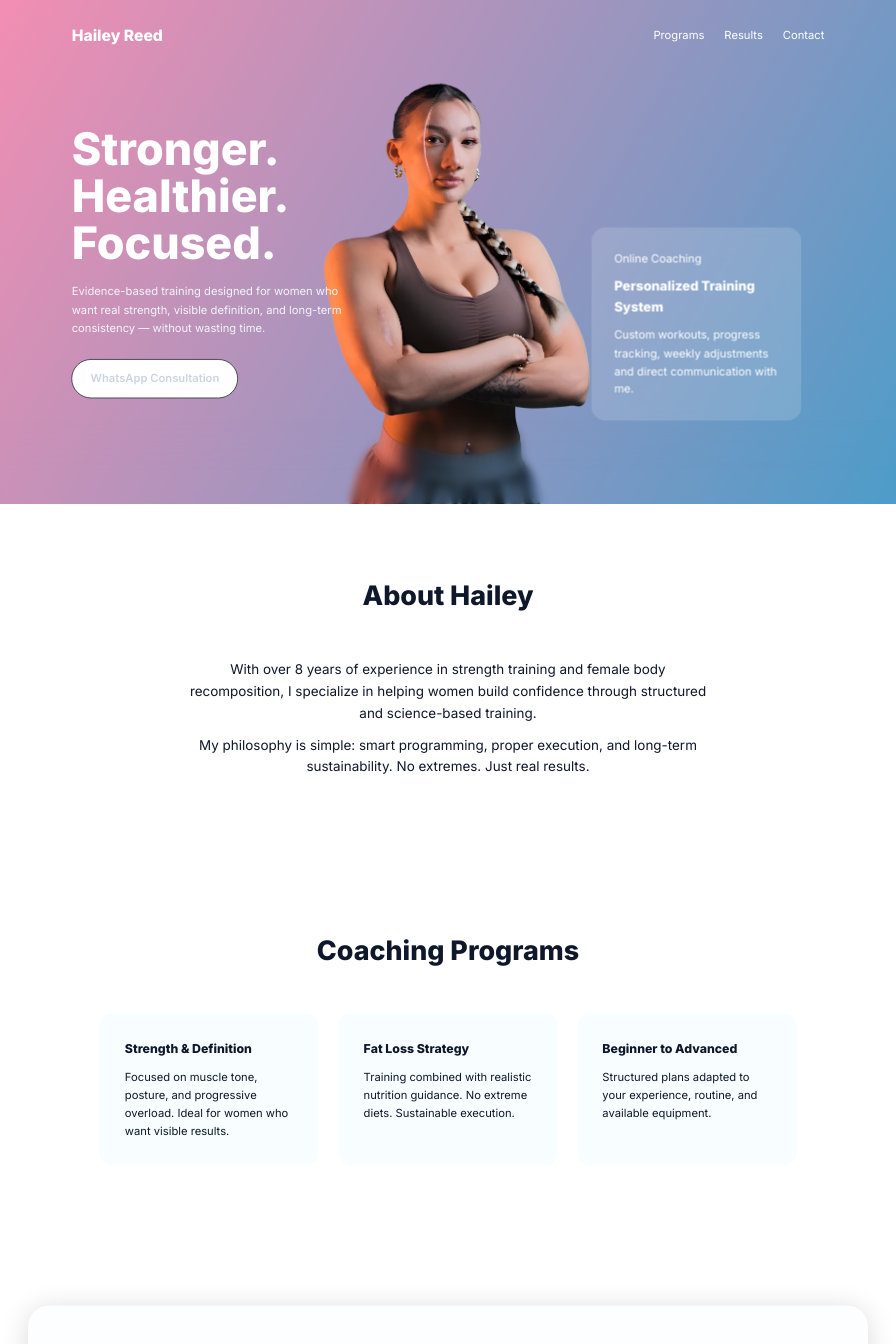
Repository: davidfsillva/Hailey-Reed-Coaching
Page: index.html
These files come from the project's save history. The page is drawn as it stood at one moment and after a run of saves; the edit follows.
The browser window is 1280 px wide. The pictures show the part of the page from y = 0 to 1920 px (the page is 5225 px tall), at 70% of full size.

Above is the page before, as saved 2026-02-12 09:31:00.

### index.html
<!DOCTYPE html>
<html lang="en">
<head>
  <meta charset="UTF-8" />
  <meta name="viewport" content="width=device-width, initial-scale=1.0" />
  <title>Personal Trainer | Online Coaching</title>
  <link rel="stylesheet" href="style.css" />
  <link rel="preconnect" href="https://fonts.googleapis.com">
  <link rel="preconnect" href="https://fonts.gstatic.com" crossorigin>
  <link href="https://fonts.googleapis.com/css2?family=Inter:wght@400;600;800&display=swap" rel="stylesheet">
</head>
<body>

<header class="hero">
  <nav class="nav">
    <h1 class="logo">Hailey Reed</h1>
    <div class="nav-links">
      <a href="#programs">Programs</a>
      <a href="#results">Results</a>
      <a href="#contact">Contact</a>
    </div>
  </nav>

  <img class="hero-img" src="img/Photoroom_20260211_45117 PM.png" alt="Trainer" />

  <div class="hero-gradient"></div>

  <div class="hero-content">
    <div class="hero-text">
<h2 class="hero-title">
  Stronger. Healthier. Focused.
</h2>

      <p>
        Evidence-based training designed for women who <br>
        want real strength, visible definition, and long-term <br>
        consistency — without wasting time.
      </p>
      <div class="cta-group">
        <a href="https://wa.me/5599999999999" target="_blank" class="btn primary">
          WhatsApp Consultation
        </a>
      </div>
    </div>

    <div class="hero-card">
      <span class="tag">Online Coaching</span>
      <h3>Personalized Training System</h3>
      <p>
        Custom workouts, progress tracking, weekly adjustments
        and direct communication with me.
      </p>
    </div>
  </div>
</header>

<!-- ABOUT SECTION -->
<section class="section">
  <h3>About Hailey</h3>
  <div class="testimonial">
    <p>
      With over 8 years of experience in strength training and female body
      recomposition, I specialize in helping women build confidence through
      structured and science-based training.
    </p>
    <p>
      My philosophy is simple: smart programming, proper execution,
      and long-term sustainability. No extremes. Just real results.
    </p>
  </div>
</section>

<section id="programs" class="section">
  <h3>Coaching Programs</h3>

  <div class="cards">
    <div class="card">
      <h4>Strength & Definition</h4>
      <p>
        Focused on muscle tone, posture, and progressive overload.
        Ideal for women who want visible results.
      </p>
    </div>

    <div class="card">
      <h4>Fat Loss Strategy</h4>
      <p>
        Training combined with realistic nutrition guidance.
        No extreme diets. Sustainable execution.
      </p>
    </div>

    <div class="card">
      <h4>Beginner to Advanced</h4>
      <p>
        Structured plans adapted to your experience, routine,
        and available equipment.
      </p>
    </div>
  </div>
</section>

<!-- HOW IT WORKS -->
<section class="section dark">
  <h3>How It Works</h3>

  <div class="cards">
    <div class="card">
      <h4>1. Initial Consultation</h4>
      <p>
        We discuss your goals, routine, training history,
        and current physical condition.
      </p>
    </div>

    <div class="card">
      <h4>2. Custom Plan Creation</h4>
      <p>
        A personalized workout structure is designed
        specifically for your body and objectives.
      </p>
    </div>

    <div class="card">
      <h4>3. Weekly Adjustments</h4>
      <p>
        Progress tracking and adjustments ensure continuous
        improvement and optimal results.
      </p>
    </div>
  </div>
</section>

<section id="results" class="section dark">
  <h3>Client Feedback</h3>

  <div class="testimonial">
    <p>
      “This coaching completely changed how I train.
      Every session has a clear purpose and I finally feel strong.”
    </p>
    <span>— Samantha M.</span>
  </div>
</section>

<!-- TRANSFORMATION PROCESS -->
<section class="section">
  <h3>The Transformation Process</h3>

  <div class="testimonial">
    <p>
      Sustainable transformation is not about intensity —
      it's about consistency.
    </p>
    <p>
      Through progressive overload, intelligent recovery,
      and realistic nutrition, we create measurable and lasting results.
    </p>
  </div>
</section>

<!-- FAQ -->
<section class="section">
  <h3>Frequently Asked Questions</h3>

  <div class="cards">
    <div class="card">
      <h4>Do I need gym access?</h4>
      <p>
        Not necessarily. Programs can be adapted for home training
        with minimal equipment.
      </p>
    </div>

    <div class="card">
      <h4>Is nutrition included?</h4>
      <p>
        Yes. You receive structured guidance focused on sustainable habits,
        not restrictive diets.
      </p>
    </div>

    <div class="card">
      <h4>How long until I see results?</h4>
      <p>
        Most clients notice strength improvements within weeks
        and visible body changes within 8–12 weeks.
      </p>
    </div>
  </div>
</section>

<section id="contact" class="section">
  <h3>Start Your Training</h3>
  <p class="contact-text">
    If you’re serious about improving your body composition
    and performance, let’s talk.
  </p>

  <div class="cta-group center">
    <a href="https://wa.me/5599999999999" target="_blank" class="btn primary">
      Message on WhatsApp
    </a>
    <a href="https://instagram.com/seuinstagram" target="_blank" class="btn secondary">
      Visit Instagram
    </a>
  </div>
</section>

<!-- FINAL CTA SECTION -->
<section class="section dark">
  <div class="testimonial">
    <h3>Ready to Transform?</h3>
    <p>
      Your strongest, healthiest version starts with a decision.
      Let’s build it together.
    </p>
    <div class="cta-group center">
      <a href="https://wa.me/5599999999999" target="_blank" class="btn primary">
        Apply for Coaching
      </a>
    </div>
  </div>
</section>

<footer class="footer">
  <p>© 2026 Hailey Reed Coaching. All rights reserved.</p>
</footer>

<script src="script.js"></script>
</body>
</html>

### style.css
:root {
  --pink: #f07aa5;
  --blue: #2e8bc0;
  --dark: #0f172a;
  --light: #ffffff;
  --muted: #cbd5e1;
}

/* ================= RESET ================= */
* {
  margin: 0;
  padding: 0;
  box-sizing: border-box;
  font-family: 'Inter', sans-serif;
}

body {
  background: var(--light);
  color: var(--dark);
  line-height: 1.6;
}

/* ================= HERO ================= */
.hero {
  position: relative;
  min-height: 100vh;
  padding: 32px 8%;
  color: white;
  overflow: hidden;
}

/* IMAGEM */
.hero-img {
  position: absolute;
  top: 50%;
  left: 50%;
  transform: translate(-50%, -50%);
  width: 60%;
  max-width: 500px;
  height: auto;
  z-index: 2;
}

/* GRADIENTE */
.hero-gradient {
  position: absolute;
  inset: 0;
  background: linear-gradient(
    120deg,
    rgba(240,122,165,0.85),
    rgba(46,139,192,0.85)
  );
  z-index: 1;
}

/* CONTEÚDO */
.hero-content {
  position: relative;
  z-index: 5;
}

/* TEXTO */
.hero-text {
  display: flex;
  flex-direction: column;
  justify-content: center;
  height: 85vh;
  max-width: 550px;
}

.hero-title {
  font-size: clamp(2.8rem, 5vw, 4.5rem);
  line-height: 1.05;
  margin-bottom: 24px;
}

.hero-text p {
  max-width: 480px;
  font-size: 1rem;
  color: #f1f5f9;
}

/* BLUR INFERIOR */
.hero::after {
  content: "";
  position: absolute;
  bottom: 0;
  left: 0;
  width: 100%;
  height: 120px;
  backdrop-filter: blur(6px);
  -webkit-backdrop-filter: blur(6px);
  mask-image: linear-gradient(to top, black 40%, transparent 100%);
  pointer-events: none;
  z-index: 3;
}

/* ================= BOTÕES ================= */
.cta-group {
  display: flex;
  gap: 16px;
  margin-top: 32px;
  flex-wrap: wrap;
}

.btn {
  padding: 14px 26px;
  border-radius: 999px;
  font-weight: 600;
  text-decoration: none;
  transition: 0.3s ease;
  display: inline-block;
}

.btn.primary {
  background: var(--light);
  color: var(--muted);
  border: 1px solid var(--dark);
  background-size: 200% 200%;
  transition: all 0.4s ease;
}

.btn.primary:hover {
  background: linear-gradient(120deg, var(--pink), var(--blue));  color: white;

  background-position: right center;
  transform: translateY(-4px);
  box-shadow: 0 10px 25px rgba(240,122,165,0.3);
}

.btn.secondary {
  background: transparent;
  color: var(--dark);
  border: 1px solid var(--dark);
  transition: all 0.3s ease;
}

.btn.secondary:hover {
  background: linear-gradient(120deg, var(--pink), var(--blue));  color: white;
  transform: translateY(-3px);
}


/* ================= HERO CARD ================= */
.hero-card {
  position: absolute;
  top: 42%;
  right: 8%;
  width: 300px;
  background: rgba(255,255,255,0.15);
  backdrop-filter: blur(18px);
  padding: 32px;
  border-radius: 20px;
  z-index: 4;
}

.hero-card {
  position: absolute;
  top: 42%;
  right: 3%;
  width: 300px;
}



.hero-card h3 {
  margin: 12px 0;
}

/* ================= NAVBAR ================= */
.nav {
  position: relative;
  z-index: 10;
  display: flex;
  justify-content: space-between;
  align-items: center;
}

.logo {
  font-weight: 800;
  font-size: 1.4rem;
}

.nav-links a {
  position: relative;
  color: white;
  margin-left: 24px;
  text-decoration: none;
  font-weight: 500;
  padding-bottom: 4px;
}

.nav-links a::after {
  content: "";
  position: absolute;
  left: 0;
  bottom: 0;
  width: 0%;
  height: 2px;
  background: white;
  transition: width 0.3s ease;
}

.nav-links a:hover::after {
  width: 100%;
}

/* ================= SECTIONS ================= */
.section {
  padding: 100px 8%;
  max-width: 1200px;
  margin: auto;
}

.section h3 {
  font-size: 2.4rem;
  margin-bottom: 60px;
  text-align: center;
}

.cards {
  display: grid;
  grid-template-columns: repeat(auto-fit, minmax(260px, 1fr));
  gap: 28px;
}

.card {
  background: rgb(248, 253, 255);
  padding: 36px;
  border-radius: 18px;
  transition: 0.3s ease;
}

.card:hover {
  transform: translateY(-6px);
}

.card h4 {
  margin-bottom: 14px;
  font-size: 1.1rem;
}

/* ================= DARK SECTIONS ================= */
.dark {
  background: rgb(252, 254, 255);
  border-radius: 30px;
  color: var(--dark);
  margin: 100px auto;
  padding: 100px 8%;
  box-shadow: 0 5px 40px rgba(0,0,0,0.15);
}


.dark .card {
  background: rgba(255,255,255,0.06);
  color: var(--dark);
  box-shadow: 0 20px 60px rgba(0,0,0,0.15);
}

.dark .card:hover {
  background: rgba(255,255,255,0.1);
}

/* ================= TESTIMONIAL ================= */
.testimonial {
  max-width: 750px;
  margin: auto;
  text-align: center;
}

.testimonial p {
  font-size: 1.2rem;
  margin-bottom: 16px;
}

.contact-text {
  text-align: center;
  max-width: 520px;
  margin: 0 auto 32px;
}

.center {
  justify-content: center;
}

/* ================= FOOTER ================= */
.footer {
  padding: 32px;
  text-align: center;
  background: linear-gradient(120deg, var(--pink), var(--blue));
  color: var(--muted);
  font-size: 0.85rem;
}

/* ================= RESPONSIVE ================= */
@media (max-width: 1024px) {

  .hero-card {
    position: relative;
    top: unset;
    right: unset;
    margin-top: 40px;
    width: 100%;
    max-width: 400px;
  }

  .hero-text {
    height: auto;
    text-align: center;
    margin-top: 80px;
  }

  .hero-text p {
    margin: auto;
  }

  .hero-img {
    width: 75%;
  }
}

@media (max-width: 768px) {

  .nav {
    flex-direction: column;
    align-items: center;
  }

  .nav-links {
    display: flex;
    gap: 30px;          /* controla o espaçamento */
    margin-top: 10px;   /* afasta do logo */
  }

  .nav-links a {
    margin-left: 0;     /* remove espaçamento antigo */
  }

    .hero-card {
    width: 95%;          /* ocupa menos largura fixa */
    max-width: 660px;    /* limita tamanho */
    margin: 375px auto 0; /* mais baixo */

    padding: 15px;       /* reduz espaço interno */
    border-radius: 16px;
  }

  .hero-card h3 {
    font-size: 1rem;
  }

  .hero-card p {
    font-size: 0.85rem;
    line-height: 1.4;
  }

  .hero-img {
    width: 90%;
    top: 60%;              /* desce um pouco a imagem */
  }

  .hero-title {
    font-size: 1.9rem;
    margin-bottom: 20px;
  }

  .hero-text {
    height: auto;          /* remove os 85vh */
    justify-content: flex-start;
    margin-top: 40px;      /* controla distância do nav */
    text-align: center;
  }

  .hero-text p {
    display: none;
  }

  .section {
    padding: 80px 6%;
  }

  .cta-group {
  position: relative;
  transform: translateY(350px);
  z-index: 6;
  display: flex;
  justify-content: center;
  }

  .btn.primary {
    transform: translateY(120px);
  }

}



@media (max-width: 480px) {

  .hero {
    padding: 24px 6%;
  }

  .btn {
    width: 100%;
    text-align: center;
  }

  .cta-group {
    flex-direction: column;
  }
}

### script.js
// ===============================
// SMOOTH SCROLL
// ===============================
document.querySelectorAll('a[href^="#"]').forEach(anchor => {
  anchor.addEventListener('click', function (e) {
    const target = document.querySelector(this.getAttribute('href'));
    if (!target) return;

    e.preventDefault();
    target.scrollIntoView({ behavior: 'smooth' });
  });
});


// ===============================
// NAVBAR SCROLL EFFECT
// ===============================
const nav = document.querySelector(".nav");

window.addEventListener("scroll", () => {
  if (!nav) return;

  if (window.scrollY > 50) {
    nav.style.background = "rgba(15, 23, 42, 0.85)";
    nav.style.backdropFilter = "blur(10px)";
    nav.style.padding = "16px 8%";
    nav.style.transition = "all 0.3s ease";
  } else {
    nav.style.background = "transparent";
    nav.style.backdropFilter = "none";
    nav.style.padding = "";
  }
});


// ===============================
// SCROLL REVEAL (melhor performance)
// ===============================
const revealElements = document.querySelectorAll(".section, .card, .testimonial");

const revealOnScroll = () => {
  const triggerBottom = window.innerHeight * 0.85;

  revealElements.forEach(el => {
    const elementTop = el.getBoundingClientRect().top;

    if (elementTop < triggerBottom) {
      el.style.opacity = "1";
      el.style.transform = "translateY(0)";
    }
  });
};

// Estado inicial
revealElements.forEach(el => {
  el.style.opacity = "0";
  el.style.transform = "translateY(40px)";
  el.style.transition = "opacity 0.8s ease, transform 0.8s ease";
});

window.addEventListener("scroll", revealOnScroll);
window.addEventListener("load", revealOnScroll);



// ===============================
// HERO IMAGE PARALLAX (DESKTOP ONLY)
// ===============================
const heroImg = document.querySelector(".hero-img");

if (heroImg && window.innerWidth > 768) {
  window.addEventListener("scroll", () => {
    const scrollPosition = window.scrollY;
    heroImg.style.transform =
      `translate(-50%, calc(-50% + ${scrollPosition * 0.12}px))`;
  });
}



// ===============================
// BUTTON FADE-IN ON LOAD
// ===============================
window.addEventListener("load", () => {
  const buttons = document.querySelectorAll(".btn");

  buttons.forEach((btn, index) => {
    btn.style.opacity = "0";
    btn.style.transform = "translateY(20px)";
    btn.style.transition = "opacity 0.6s ease, transform 0.6s ease";

    setTimeout(() => {
      btn.style.opacity = "1";
      btn.style.transform = "translateY(0)";
    }, 300 + index * 150);
  });
});



// ===============================
// CARD HOVER GLOW EFFECT (desktop only)
// ===============================
if (window.innerWidth > 768) {

  const cards = document.querySelectorAll(".card");

  cards.forEach(card => {

    card.addEventListener("mousemove", (e) => {
      const rect = card.getBoundingClientRect();
      const x = e.clientX - rect.left;
      const y = e.clientY - rect.top;

      card.style.background = `
        radial-gradient(circle at ${x}px ${y}px,
        rgba(240,122,165,0.18),
        rgba(255,255,255,0.03))
      `;
    });

    card.addEventListener("mouseleave", () => {
      card.style.background = "";
    });

  });

}

After the next 3 saves:
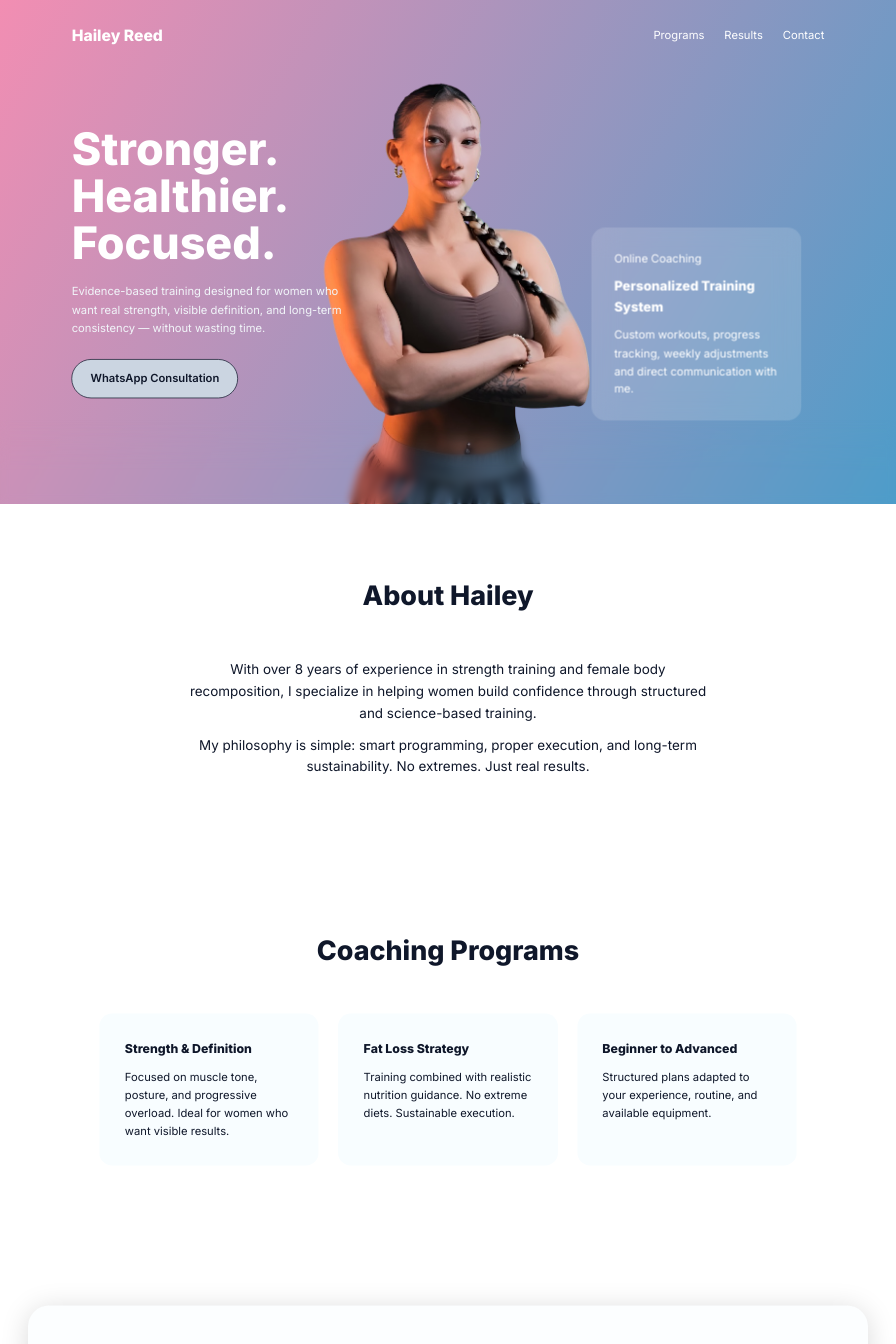
The 3 saves are shown as one change because they came seconds apart.
The last was saved 15 s later.
--- a/style.css
+++ b/style.css
@@ -113,8 +113,8 @@ body {
 }
 
 .btn.primary {
-  background: var(--light);
-  color: var(--muted);
+  background: var(--muted);
+  color: var(--dark);
   border: 1px solid var(--dark);
   background-size: 200% 200%;
   transition: all 0.4s ease;
